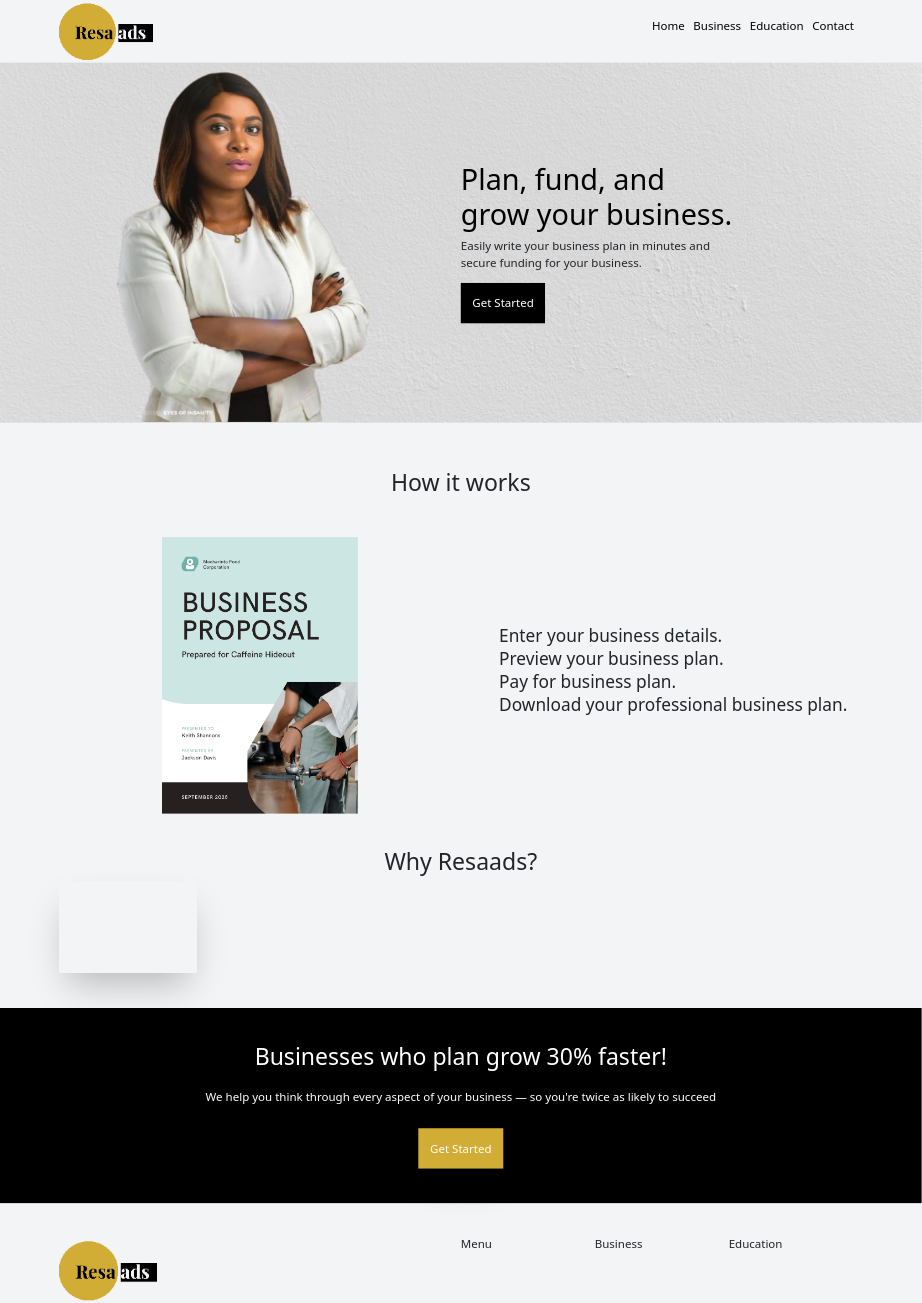
Repository: latenightsnacc/resaads-consults
Page: index.html
The author's editor kept a copy of each file at every save. The page is drawn from the files as they stood at one save, then again after a run of saves.
The browser window is 1280 px wide. The pictures show the whole page, at 72% of full size.
Some web libraries are served in a nearby version.

Above is the page before, as saved 2021-08-05 12:09:24.

### index.html
<!DOCTYPE html>
<html lang="en">
<head>
    <meta charset="UTF-8">
    <meta http-equiv="X-UA-Compatible" content="IE=edge">
    <meta name="viewport" content="width=device-width, initial-scale=1.0">
    <!--Tailwind Css-->
    <link href="https://unpkg.com/tailwindcss@^2/dist/tailwind.min.css" rel="stylesheet">
    <!--Bootstrap CSS-->
    <link href="https://cdn.jsdelivr.net/npm/bootstrap@5.0.0-beta3/dist/css/bootstrap.min.css" rel="stylesheet" integrity="sha384-eOJMYsd53ii+scO/bJGFsiCZc+5NDVN2yr8+0RDqr0Ql0h+rP48ckxlpbzKgwra6" crossorigin="anonymous">
    <!--Font Awesome 5 CDN-->
    <link href="https://cdnjs.cloudflare.com/ajax/libs/font-awesome/5.13.0/css/all.min.css" rel="stylesheet">
    <!--Material Icons-->
    <link href="https://fonts.googleapis.com/css?family=Material+Icons|Material+Icons+Outlined|Material+Icons+Two+Tone|Material+Icons+Round|Material+Icons+Sharp" rel="stylesheet">
    <!--Google Font-->
    <link rel="preconnect" href="https://fonts.gstatic.com">
    <link href="https://fonts.googleapis.com/css2?family=Archivo:wght@400;700&display=swap" rel="stylesheet">
    <!--Page Title-->
    <title>Resaads Consults</title>

    <style>
        .primary-bg {
            background-color: #d2ad35 ;
        }
        a.primary:hover {
            color: #d2ad35;
            font-weight: 500;
        }
        #banner {
            background-image: url('assets/images/pexels-lorenzo-242236.jpg');
            background-size: cover;
        }

    </style>
</head>
<body class="bg-gray-100">
    <header class="container">
        <nav class="flex flex-row w-full justify-between items-center">
            <a href="index.html" class="w-36">
                <img src="assets/logos/Logo-150px-removebg-preview.png" alt="" class="w-full">
            </a>
            <ul class="flex flex-row">
                <li class="mr-3">
                    <a href="index.html" class="text-black no-underline primary">Home</a>
                </li>
                <li class="mr-3">
                    <a href="" class=" text-black no-underline primary">Business</a>
                </li>
                <li class="mr-3">
                    <a href="" class=" text-black no-underline primary">Education</a>
                </li>
                <li class="mr-3">
                    <a href="" class="text-black no-underline primary">Contact</a>
                </li>
            </ul>
        </nav>
    </header>
    <main>
        <section id="banner">
            <div class="container">
                <div class="flex flex-row">
                    <div class="w-1/2">
                        <img src="assets/images/Front-Banner-removebg-preview.png" alt="">
                    </div>
                    <div class="w-1/2 flex flex-col justify-center items-start">
                        <h1 class="text-black fontbold">
                            Plan, fund, and
                            <br/><span>grow your business.</span>
                        </h1>
                        <p>Easily write your business plan in minutes and <br/>secure funding for your business. </p>
                        <a href="#" class="">
                            <button class="bg-black text-white p-3">Get Started</button>
                        </a>
                    </div>
                </div>
            </div>
        </section>
        <!--Spacer-->
        <div class="my-5"></div>
        <section id="how-it-works">
            <div class="container">
                <h2 class="text-center pt-3 pb-5">How it works</h2>
                <div class="flex flex-row">
                    <div class="w-1/2">
                        <div class="flex justify-center h-96">
                            <img class="h-full" src="assets/images/Businessplan.png" alt="">
                        </div>

                    </div>
                    <div class="w-1/2 ">
                        <div class="flex h-full flex-col items-center justify-center">
                            <ol class="text-2xl">
                                <li>Enter your business details.</li>
                                <li>Preview your business plan.</li>
                                <li>Pay for business plan.</li>
                                <li>Download your professional business plan.</li>
                            </ol>
                        </div>
                    </div>
                </div>
            </div>
        </section>
        <!--Spacer-->
        <div class="my-5"></div>
        <section id="why-resaads">
            <div class="container">
                <h2 class="text-center">Why Resaads?</h2>
                <div class="flex flex-row">
                    <div class="w-1/3">
                        <div class="relative w-48 h-32 shadow-2xl"></div>
                    </div>
                    <div class="w-1/3"></div>
                    <div class="w-1/3"></div>
                </div>
            </div>
        </section>
        <!--Spacer-->
        <div class="my-5"></div>
        <section class="bg-black text-white py-5">
            <div class="container">
                <h2 class="text-center">Businesses who plan grow 30% faster!</h2>
                <div class="flex flex-col items-center">
                    <p class="text-center py-3">We help you think through every aspect of your business — so you're twice as likely to succeed</p>
                    <a href="#" class="">
                        <button class="primary-bg text-white p-3 shadow-2xl">Get Started</button>
                    </a>
                </div>
            </div>
        </section>
    </main>
    <!--Spacer-->
    <div class="my-5"></div>
    <footer>
        <div class="container">
            <div class="flex flex-row">
                <div class="w-1/2">
                    <a href="index.html" class="w-36">
                        <img src="assets/logos/Logo-150px-removebg-preview.png" alt="" class="" data-title="Photo by Kampus Production from Pexels">
                    </a>
                </div>
                <div class="w-1/2">
                    <div class="flex flex-row">
                        <div class="w-1/3">
                            <h6>Menu</h6>
                        </div>
                        <div class="w-1/3">
                            <h6>Business</h6>
                        </div>
                        <div class="w-1/3">
                            <h6>Education</h6>
                        </div>
                    </div>
                </div>
            </div>
        </div>
    </footer>
</body>
</html>

After the next 2 saves:
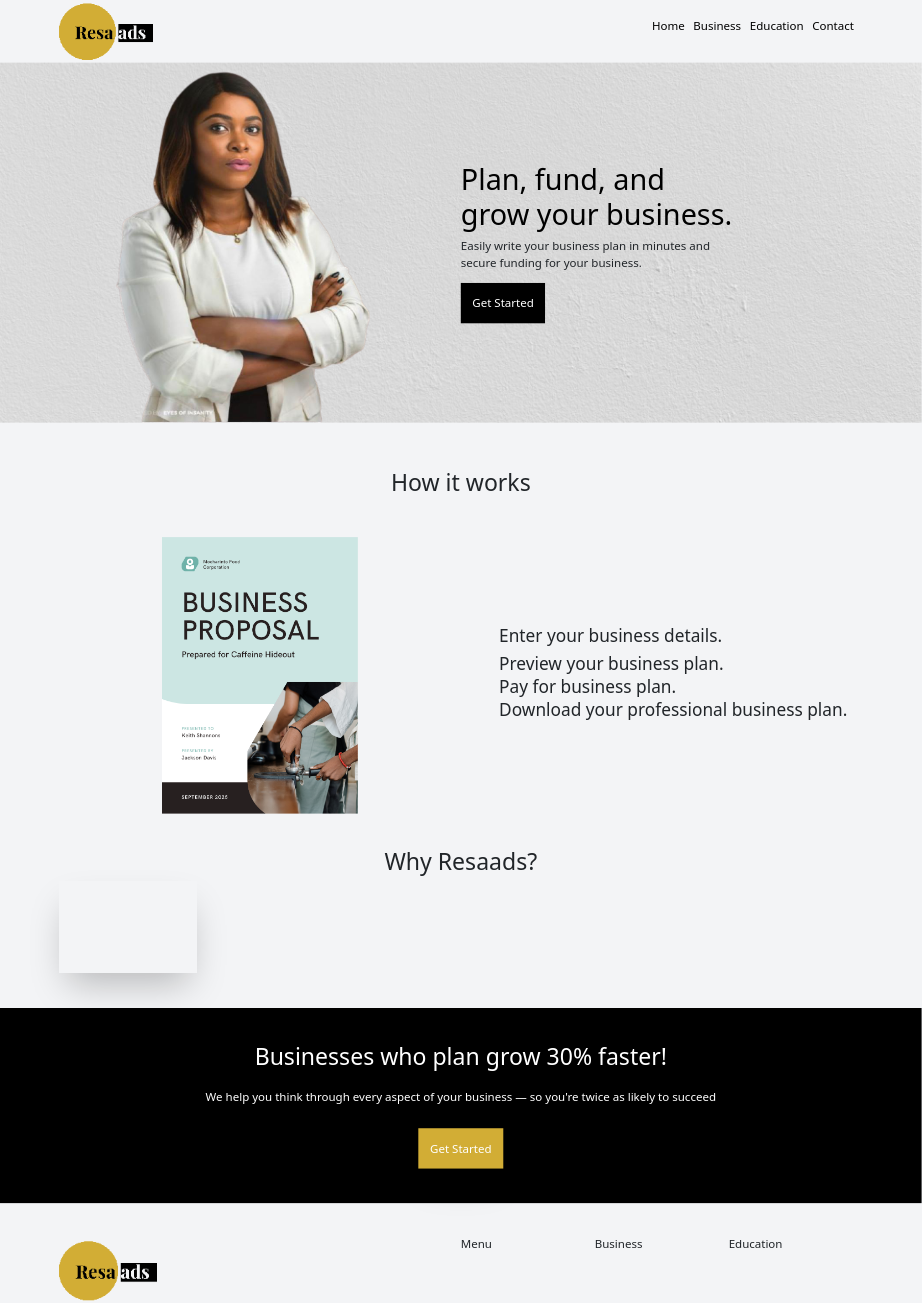
The 2 saves are shown as one change because they came seconds apart.
The last was saved 20 s later.
--- a/index.html
+++ b/index.html
@@ -90,7 +90,7 @@
                     <div class="w-1/2 ">
                         <div class="flex h-full flex-col items-center justify-center">
                             <ol class="text-2xl">
-                                <li>Enter your business details.</li>
+                                <li class="my-2">Enter your business details.</li>
                                 <li>Preview your business plan.</li>
                                 <li>Pay for business plan.</li>
                                 <li>Download your professional business plan.</li>
